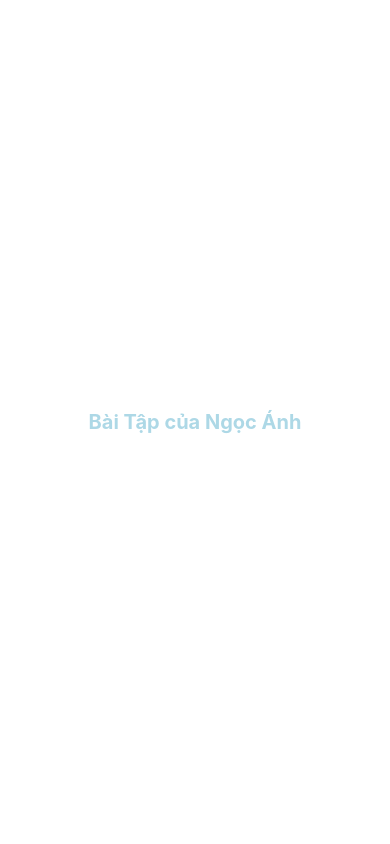
Repository: ngocanh119001/lap9LTTBDDNC
Screen: /
These files come from the project's save history. The screen is drawn as it stood at one moment and after the next save; the edit follows.
The app was drawn by React Native's web renderer in a window 390 px wide. The project was rebuilt for these pictures with package versions that can differ from the ones it lists, and the page was loaded fresh each time. Also part of the build but not shown: components/A.js, components/B.js.

Above is the screen before, as saved 2022-11-08 23:48:45.

### App.js
import { useRef, useState } from 'react';
import { Animated, Text, View } from 'react-native';
import A from './components/A';
import AssetExample from './components/AssetExample';
import B from './components/B'
export default function App() {
  return (
   <View style={{ flex: 1, alignItems: 'center', justifyContent: 'center' }}>
      {/* Cau 1 */}
      <Text style={{fontSize:20, fontWeight:'bold', color:'lightblue'}}>Bài Tập của Ngọc Ánh</Text>
      {/* <AssetExample></AssetExample> */}
      {/* <B></B> */}

    </View>
  );
}

### components/AssetExample.js
import { useRef, useState } from 'react';
import { Animated, Text, View } from 'react-native';
import icon from './107022e81226b81ed091a599c02d9753.gif';

export default function Cau2() {
  const [location1, setLocation1] = useState({
    marginLeft1: new Animated.Value(10),
    marginTop1: new Animated.Value(10),
  });
  const [location2, setLocation2] = useState({
    marginLeft2: new Animated.Value(10),
    marginTop2: new Animated.Value(10),
  });
  const [location3, setLocation3] = useState({
    marginLeft3: new Animated.Value(10),
    marginTop3: new Animated.Value(10),
  });
  // const [location4, setLocation4] = useState({
  //   x: null,
  //   y: null,
  //   marginLeft3: new Animated.Value(10),
  //   marginTop3: new Animated.Value(10),
  // });

  function onPress() {
    const x1 = getRndInteger(0, 300);
    const y1 = getRndInteger(0, 250);
    const x2 = getRndInteger(0, 300);
    const y2 = getRndInteger(0, 250);
    const x3 = getRndInteger(0, 300);
    const y3 = getRndInteger(0, 250);

    setLocation1({
      marginLeft1: x1,
      marginTop1: y1,
    });
    setLocation2({
      marginLeft2: x2,
      marginTop2: y2,
    });
    setLocation3({
      marginLeft3: x3,
      marginTop3: y3,
    });
    // setLocation4({
    //   x: x,
    //   y: y,
    //   marginLeft: x,
    //   marginTop: y,
    // });
  }

  function getRndInteger(min, max) {
    return Math.floor(Math.random() * (max - min + 1)) + min;
  }

  const { marginTop1, marginLeft1 } = location1;
  const { marginTop2, marginLeft2 } = location2;
  const { marginTop3, marginLeft3 } = location3;
  return (
    <View style={{ flex: 1 }}>
      <Animated.Image
        source={icon}
        style={{
          marginLeft: marginLeft1,
          marginTop: marginTop1,
          height: 50,
          width: 50,
        }}
        onStartShouldSetResponder={() => true}
        onResponderGrant={onPress}></Animated.Image>
      <Animated.Image
        source={icon}
        style={{
          marginLeft: marginLeft2,
          marginTop: marginTop2,
          height: 50,
          width: 50,
        }}
        onStartShouldSetResponder={() => true}
        onResponderGrant={onPress}></Animated.Image>
      <Animated.Image
        source={icon}
        style={{
          marginLeft: marginLeft3,
          marginTop: marginTop3,
          height: 50,
          width: 50,
        }}
        onStartShouldSetResponder={() => true}
        onResponderGrant={onPress}></Animated.Image>
    </View>
  );
}

After the next save:
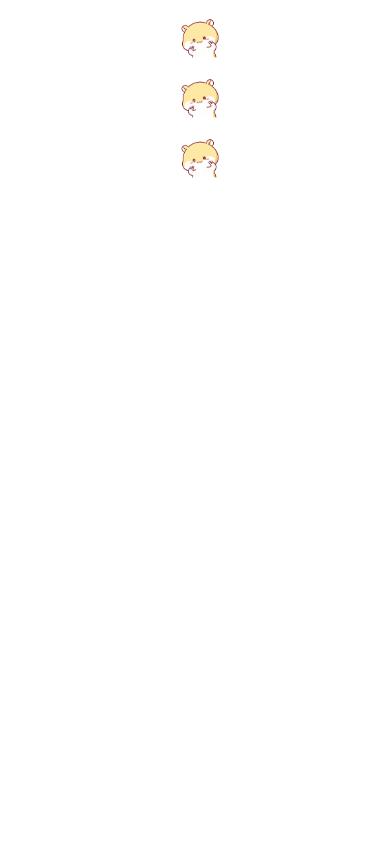
Saved 15 s later.
--- a/App.js
+++ b/App.js
@@ -7,8 +7,8 @@ export default function App() {
   return (
    <View style={{ flex: 1, alignItems: 'center', justifyContent: 'center' }}>
       {/* Cau 1 */}
-      <Text style={{fontSize:20, fontWeight:'bold', color:'lightblue'}}>Bài Tập của Ngọc Ánh</Text>
-      {/* <AssetExample></AssetExample> */}
+      {/* <Text style={{fontSize:20, fontWeight:'bold', color:'lightblue'}}>Bài Tập của Ngọc Ánh</Text> */}
+      <AssetExample></AssetExample>
       {/* <B></B> */}
 
     </View>
